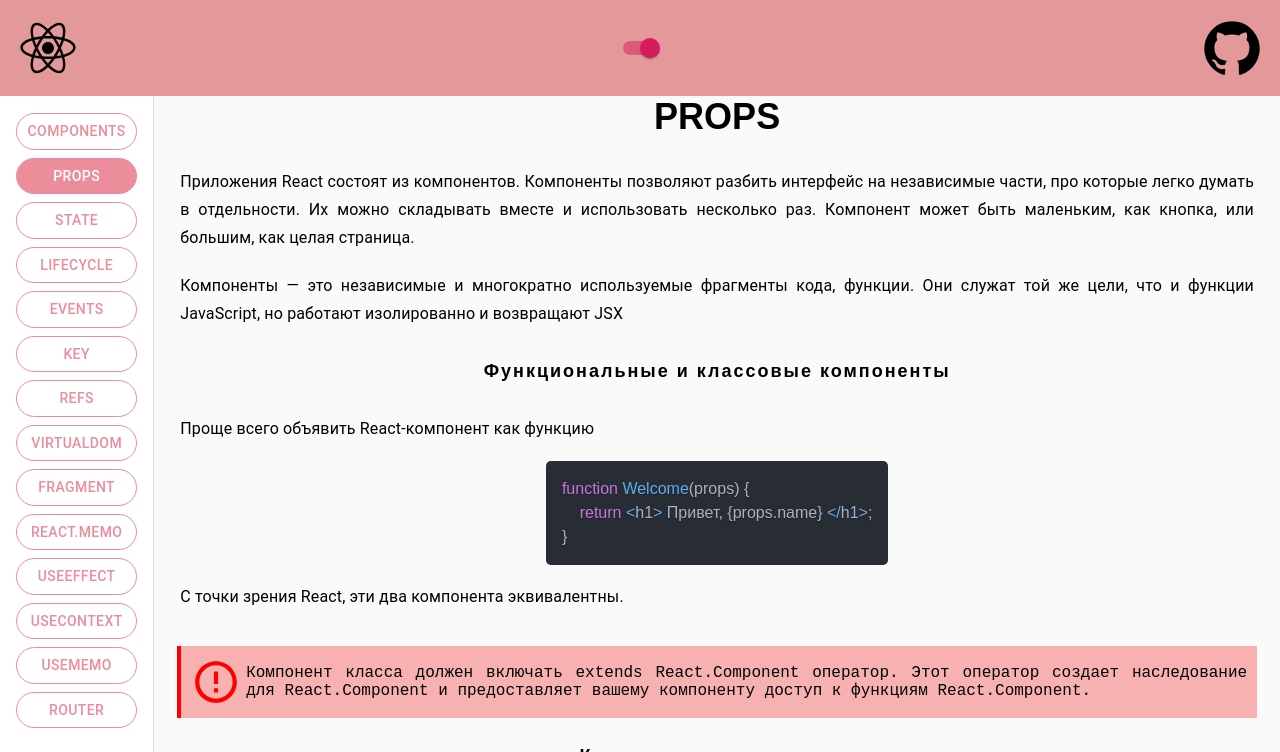
Repository: savannaaaas/reactDocumentation
Page: /topic/props
The author's editor kept a copy of each file at every save. The page is drawn from the files as they stood at one save, then again after the next save.
The browser window is 1280 px wide. The pictures show the whole page.
An inner scrolling area shows only its first screen. The project was rebuilt for these pictures with package versions that can differ from the ones it lists, and the page was loaded fresh each time. Also part of the build but not shown: vite.config.js, src/pages/welcomePage/WelcomeButton/WelcomeButton.jsx, src/pages/welcomePage/Content/ContentWelcome.jsx, src/pages/welcomePage/WelcomePage.jsx, src/data/data.js, src/components/CustomTypography/CustomTypography.jsx.

Above is the page before, as saved 2025-07-31 21:20:43.

### index.html
<!DOCTYPE html>
<html lang="en" data-theme="light">
  <head>
    <meta charset="UTF-8" />
    <link rel="icon" type="image/svg+xml" href="/vite.svg" />
    <meta name="viewport" content="width=device-width, initial-scale=1.0" />
    <title>NoteBook</title>
  </head>
  <body>
    <div id="root"></div>
    <script type="module" src="/src/main.jsx"></script>
  </body>
</html>

### src/main.jsx
import { StrictMode } from "react";
import { createRoot } from "react-dom/client";
import App from "./App.jsx";
import { ThemeProvider } from "./providers/ThemeProvider.jsx";
import "./index.scss";
import { BrowserRouter } from "react-router";

createRoot(document.getElementById("root")).render(
  <StrictMode>
    <ThemeProvider>
      <BrowserRouter>
        <App />
      </BrowserRouter>
    </ThemeProvider>
  </StrictMode>
);

### src/App.jsx
import { Routes, Route } from "react-router";
import { WelcomePage } from "./pages/welcomePage/WelcomePage";
import { TopicPage } from "./pages/topicPage/TopicPage";
import "./index.scss";
import { data } from "./data/data";
import { Topic } from "./pages/topicPage/Topic";
function App() {
  return (
    <Routes>
      <Route path="/" element={<WelcomePage />} />
      <Route path="/topic" element={<TopicPage />}>
        <Route
          path="components"
          element={
            <Topic
              title={data[0].title}
              content={data[0].content}
              path={data[0].path}
            />
          }
        />
        <Route
          path="props"
          element={
            <Topic
              title={data[1].title}
              content={data[1].content}
              path={data[1].path}
            />
          }
        />
        <Route
          path="state"
          element={
            <Topic
              title={data[2].title}
              content={data[2].content}
              path={data[2].path}
            />
          }
        />
      </Route>
    </Routes>
  );
}

export default App;

### src/providers/ThemeProvider.jsx
import { useEffect, useState } from "react";
import { themes, ThemeContext } from "../contexts/ThemeContext";
const getTheme = () => {
  const theme = `${window?.localStorage.getItem("theme")}`; //получаем тему из хранилища
  if (Object.values(themes).includes(theme)) {
    //если тема такая есть возвращаем
    return theme;
  } //если в хранилище нет смотрим какую тему пользователь предпочитает
  const userMedia = window.matchMedia("(prefers-color-scheme: light)"); //проверяем предпочитает пользователь светлую тему если да возвр
  if (userMedia.matches) return themes.light;
  return themes.dark; //иначе темная
};
export const ThemeProvider = ({ children }) => {
  const [theme, setTheme] = useState(getTheme);
  useEffect(() => {
    document.documentElement.dataset.theme = theme; // добавляем атрибут data-theme на <html>
    localStorage.setItem("theme", theme); //устанавливаем и сохраняем текущую тему
  }, [theme]);
  return (
    <ThemeContext.Provider value={{ theme, setTheme }}>
      {children}
    </ThemeContext.Provider>
  );
};

### src/index.scss
* {
  padding: 0;
  margin: 0;
  box-sizing: border-box;
  overflow: hidden;
  font-family: Arial, Helvetica, sans-serif;
}
body {
  background-color: var(--background-color);
}

:root[data-theme="light"] {
  --background-color: #fafafa;
}

:root[data-theme="dark"] {
  --background-color: #313139;
}

### src/pages/topicPage/TopicPage.jsx
import { useEffect } from "react";
import { Outlet, useLocation } from "react-router";
import { Header } from "../welcomePage/Header/Header";
import { Navigation } from "../../components/Navigation/Navigation";
import { Grid } from "@mui/material";

export const TopicPage = () => {
  const location = useLocation();
  const hasContent =
    location.pathname.startsWith("/topic/") || location.pathname !== "/topic";
  console.log(location.pathname);
  console.log(hasContent);
  //Everytime when change pathname
  useEffect(() => {
    const customTypography = document.querySelector(".custom-typography");
    if (customTypography) {
      customTypography.scrollIntoView({ behavior: "smooth" });
    }
    const activeElement = document.querySelector(".active");
    if (activeElement) {
      activeElement.scrollIntoView({ inline: "center", behavior: "smooth" });
    }
  }, [location.pathname]);
  return (
    <>
      <Header />
      <Grid
        sx={{
          display: "flex",
          height: "calc(100vh - 64px)",
        }}
      >
        <Grid
          sx={{
            width: hasContent ? "50vh" : "60vh",
            borderRight: "1px solid #ddd",
            overflowY: "auto",
            position: "sticky",
            top: 0,
            height: "100%",
          }}
        >
          <Navigation />
        </Grid>
        <Grid sx={{ flexGrow: 1, overflowY: "auto", padding: 2 }}>
          <Outlet />
        </Grid>
      </Grid>
    </>
  );
};

### src/pages/topicPage/Topic.jsx
import { ImportantPoints } from "../../components/ImportantPoints/ImportantPoints";
import { CustomTypography } from "../../components/CustomTypography/CustomTypography";
import { Fragment } from "react/jsx-runtime";
import { Code } from "../../components/Code/Code";
import { Text } from "../../components/Text/Text";
import { Title } from "../../components/Title/Title";
import "../../components/CustomTypography/index.scss";
import { NavButtons } from "../../components/Navigation/NavButtons";
export const Topic = ({ title, content = [] }) => {
  console.log(title);
  const getValue = (content) => {
    return content.map((item) => {
      const [[key, value]] = Object.entries(item);
      switch (key) {
        case "p": {
          return <Text>{value}</Text>;
        }
        case "h": {
          return <Title>{value}</Title>;
        }
        case "c": {
          return <Code>{value}</Code>;
        }
        case "err": {
          return <ImportantPoints>{value}</ImportantPoints>;
        }
      }
    });
  };
  return (
    <>
      <h1 className="custom-typography">{title}</h1>
      {getValue(content).map((item, index) => (
        <Fragment key={index}>{item}</Fragment>
      ))}
      <NavButtons title={title} />
    </>
  );
};

### src/contexts/ThemeContext.jsx
import { createContext } from "react";
export const themes = {
  dark: "dark",
  light: "light",
};

export const ThemeContext = createContext({});

### src/pages/welcomePage/Header/Header.jsx
import GitHubIcon from "@mui/icons-material/GitHub";
import { Image } from "../../../components/Image/Image";
import { Toggle } from "../../../components/Toggle/Toggle";
import reactLogo from "../../../assets/react.svg";
import "../index.scss";
import { IconButton } from "@mui/material";
import { forwardRef } from "react";

export const Header = forwardRef((props, ref) => {
  return (
    <div ref={ref} className="header" {...props}>
      <IconButton
        href="https://react.dev/learn"
        target="_blank"
        rel="noopener noreferrer"
      >
        <Image src={reactLogo} style={{ width: "60px" }} />
      </IconButton>
      <Toggle />
      <IconButton
        href="https://github.com/savannaaaas"
        target="_blank"
        rel="noopener noreferrer"
        sx={{
          color: "black",
          "&:hover": {
            color: "#d81b60",
          },
        }}
      >
        <GitHubIcon
          sx={{
            fontSize: "60px",
          }}
        />
      </IconButton>
    </div>
  );
});

### src/pages/welcomePage/index.scss
$light-color: rgb(242, 118, 138);
$dark-color: #ffffff;

.header {
  background-color: rgb(227, 153, 153);
  display: flex;
  flex-direction: row;
  align-items: center;
  justify-content: space-between;
  padding: 10px;
  width: 100%;
}

.base-content {
  position: relative;
  display: flex;
  flex-direction: column;
  justify-content: center;
  align-items: center;
  gap: 100px;
  color: rgb(242, 118, 138);

  p {
    a {
      color: rgb(242, 118, 138);
      text-decoration: none;
    }
  }
}

.welcome-page {
  position: relative;
  display: flex;
  flex-direction: column;
  gap: 100px;
  justify-content: center;
  align-items: center;
}

.welcome-button {
  padding: 10 30px;
  width: 170px;
  border-radius: 30px;
}
[data-theme="light"] {
  .base-content {
    color: $light-color;

    p {
      a {
        color: $light-color;
      }
    }
  }
  .welcome-button {
    background-color: rgb(245, 60, 91);
    color: white;
  }
}

[data-theme="dark"] {
  .base-content {
    color: $dark-color;

    p {
      a {
        color: $dark-color;
      }
    }
  }
  .welcome-button {
    background-color: white;
    color: rgb(245, 60, 91);
  }
}

### src/components/Navigation/Navigation.jsx
import { Button } from "../Button/Button";
import "./index.scss";
import { Box, List, ListItem } from "@mui/material";
import { NavLink } from "react-router";
import { ButtonNavigate } from "./ButtonNavigate";
export const Navigation = () => {
  return (
    <Box
      className="list"
      sx={{
        overflowY: "auto",
        p: 2,
        left: 0,
      }}
    >
      <List sx={{ display: "flex", flexDirection: "column", gap: 1 }}>
        <ListItem disablePadding>
          <ButtonNavigate component={NavLink} to="/topic/components" fullWidth>
            Components
          </ButtonNavigate>
        </ListItem>
        <ListItem disablePadding>
          <ButtonNavigate component={NavLink} to="/topic/props" fullWidth>
            Props
          </ButtonNavigate>
        </ListItem>
        <ListItem disablePadding>
          <ButtonNavigate component={NavLink} to="/topic/state" fullWidth>
            State
          </ButtonNavigate>
        </ListItem>
        <ListItem disablePadding>
          <ButtonNavigate component={NavLink} to="/topic/lifecycle" fullWidth>
            Lifecycle
          </ButtonNavigate>
        </ListItem>
        <ListItem disablePadding>
          <ButtonNavigate component={NavLink} to="/topic/events" fullWidth>
            Events
          </ButtonNavigate>
        </ListItem>
        <ListItem disablePadding>
          <ButtonNavigate component={NavLink} to="/topic/key" fullWidth>
            Key
          </ButtonNavigate>
        </ListItem>
        <ListItem disablePadding>
          <ButtonNavigate component={NavLink} to="/topic/refs" fullWidth>
            Refs
          </ButtonNavigate>
        </ListItem>
        <ListItem disablePadding>
          <ButtonNavigate component={NavLink} to="/topic/virtual-dom" fullWidth>
            VirtualDOM
          </ButtonNavigate>
        </ListItem>
        <ListItem disablePadding>
          <ButtonNavigate component={NavLink} to="/topic/fragment" fullWidth>
            Fragment
          </ButtonNavigate>
        </ListItem>
        <ListItem disablePadding>
          <ButtonNavigate component={NavLink} to="/topic/react-memo" fullWidth>
            React.Memo
          </ButtonNavigate>
        </ListItem>
        <ListItem disablePadding>
          <ButtonNavigate component={NavLink} to="/topic/useEffect" fullWidth>
            useEffect
          </ButtonNavigate>
        </ListItem>
        <ListItem disablePadding>
          <ButtonNavigate component={NavLink} to="/topic/useContext" fullWidth>
            useContext
          </ButtonNavigate>
        </ListItem>
        <ListItem disablePadding>
          <ButtonNavigate component={NavLink} to="/topic/useMemo" fullWidth>
            useMemo
          </ButtonNavigate>
        </ListItem>
        <ListItem disablePadding>
          <ButtonNavigate component={NavLink} to="/topic/router" fullWidth>
            Router
          </ButtonNavigate>
        </ListItem>
      </List>
    </Box>
  );
};

### src/components/ImportantPoints/ImportantPoints.jsx
import Box from "@mui/material/Box";
import ErrorOutlineIcon from "@mui/icons-material/ErrorOutline";
import "./index.scss";
export const ImportantPoints = ({ children }) => {
  return (
    <Box component="section" className="importantBox">
      <ErrorOutlineIcon sx={{ color: "red", fontSize: 50 }} />
      {children}
    </Box>
  );
};

### src/components/Code/Code.jsx
import Paper from "@mui/material/Paper";
import { Prism as SyntaxHighlighter } from "react-syntax-highlighter";
import { oneDark } from "react-syntax-highlighter/dist/esm/styles/prism";
import { Box } from "@mui/material";
export const Code = ({ children }) => {
  return (
    <Box
      sx={{
        display: "flex",
        flexWrap: "wrap",
        justifyContent: "center",
        alignItems: "center",
      }}
    >
      <SyntaxHighlighter language="javascript" style={oneDark}>
        {children}
      </SyntaxHighlighter>
    </Box>
  );
};

### src/components/Text/Text.jsx
import { Typography } from "@mui/material";
import "./index.scss";
export const Text = ({ children, props }) => {
  return (
    <Typography {...props} variant="subtitle1" className="text">
      {children}
    </Typography>
  );
};

### src/components/Title/Title.jsx
import "./index.scss";
export const Title = ({ children }) => {
  return <div className="title">{children}</div>;
};

### src/components/CustomTypography/index.scss
@use "../Text/index";

.custom-typography {
  margin: 20px;
  font-weight: bold;
  text-transform: uppercase;
  text-align: center;
  font-size: 36px;
}
[data-theme="light"] {
  .custom-typography {
    color: index.$text-color-light;
  }
}
[data-theme="dark"] {
  .custom-typography {
    color: index.$text-color-dark;
  }
}

### src/components/Navigation/NavButtons.jsx
import { Button, Grid } from "@mui/material";
import ArrowBackIosNewIcon from "@mui/icons-material/ArrowBackIosNew";
import ArrowForwardIosIcon from "@mui/icons-material/ArrowForwardIos";
import { data } from "../../data/data";
import "./index.scss";
import { NavLink } from "react-router";
export const NavButtons = ({ title }) => {
  const topics = data.map((e) => {
    const { title, path } = e;
    return { title, path };
  });
  const getCurrentTopic = (title) => {
    return topics.findIndex((topic) => topic.title == title);
  };
  const getBackNextTopic = (title) => {
    const current = getCurrentTopic(title);
    const back = current > 0 ? topics[current - 1] : null;
    const next = current < topics.length - 1 ? topics[current + 1] : null;
    return (
      <>
        {back && (
          <Button
            variant="contained"
            className="navigate-button"
            startIcon={<ArrowBackIosNewIcon />}
          >
            <NavLink to={"/topic/" + back.path} className="navigate-button">
              Back topic
            </NavLink>
          </Button>
        )}
        {next && (
          <Button
            variant="contained"
            className="navigate-button"
            endIcon={<ArrowForwardIosIcon />}
          >
            <NavLink to={"/topic/" + next.path} className="navigate-button">
              Next topic
            </NavLink>
          </Button>
        )}
      </>
    );
  };
  return <div className="buttons">{getBackNextTopic(title)}</div>;
};

### src/components/Button/Button.jsx
import ButtonCustom from "@mui/material/Button";
export const Button = ({ children, ...props }) => {
  return <ButtonCustom {...props}>{children}</ButtonCustom>;
};

### src/components/Image/Image.jsx
export const Image = ({ ...props }) => {
  return <img {...props} />;
};

### src/components/Toggle/Toggle.jsx
import { useContext } from "react";
import { ThemeContext } from "../../contexts/ThemeContext";
import { alpha, styled } from "@mui/material/styles";
import { grey, pink } from "@mui/material/colors";
import { themes } from "../../contexts/ThemeContext";
import Switch from "@mui/material/Switch";
export const Toggle = () => {
  const { theme, setTheme } = useContext(ThemeContext);
  const ThemeSwitch = styled(Switch)(({ theme }) => ({
    "& .MuiSwitch-switchBase": {
      color: grey[600],
      "&:hover": {
        backgroundColor: alpha(grey[600], theme.palette.action.hoverOpacity),
      },
    },
    "& .MuiSwitch-track": {
      backgroundColor: grey[600],
    },
    "& .MuiSwitch-switchBase.Mui-checked": {
      color: pink[600],
      "&:hover": {
        backgroundColor: alpha(pink[600], theme.palette.action.hoverOpacity),
      },
    },
    "& .MuiSwitch-switchBase.Mui-checked + .MuiSwitch-track": {
      backgroundColor: pink[600],
    },
  }));
  const handleChange = () => {
    if (theme === themes.light) setTheme(themes.dark);
    if (theme === themes.dark) setTheme(themes.light);
  };
  return (
    <ThemeSwitch checked={theme == themes.light} onChange={handleChange} />
  );
};

### src/components/Navigation/index.scss
.buttons {
  display: flex;
  flex-direction: row;
  justify-content: center;
  align-items: center;
  gap: 20px;
  margin: 20px;
}
.navigate-button {
  width: 150px;
  border-radius: 60%;

  text-decoration: none;
}

[data-theme="light"] {
  .list {
    background-color: #ffffff;
  }
  .navigate-button {
    background-color: rgb(242, 118, 138);
    color: #ffffff;
  }
}

[data-theme="dark"] {
  .list {
    background-color: #313139;
  }
  .navigate-button {
    background-color: #ffffff;
    color: rgb(242, 118, 138);
  }
}

### src/components/Navigation/ButtonNavigate.jsx
import { Button } from "../Button/Button";
import "./index.scss";
export const ButtonNavigate = ({ children, ...props }) => {
  return (
    <Button
      {...props}
      variant="outlined"
      sx={{
        width: "200px",
        fontSize: "14px",
        borderRadius: "40px",
        border: "1px rgba(236, 141, 156, 1) solid",
        color: "rgba(236, 141, 156, 1)",
        "&.active": {
          backgroundColor: "rgba(236, 141, 156, 1)",
          color: "#ffff",
        },
      }}
    >
      {children}
    </Button>
  );
};

### src/components/ImportantPoints/index.scss
.importantBox {
  display: flex;
  width: 150vh;
  height: 10vh;
  margin: 25px auto;
  text-align: justify;
  align-items: center;
  flex-direction: row;
  gap: 5px;
  padding: 10px;
  box-sizing: border-box;
  font-size: 16px;
  font-family: monospace;
}
[data-theme="light"] {
  .importantBox {
    border-left: 4px solid red;
    background-color: rgba(245, 3, 3, 0.292);
  }
}
[data-theme="dark"] {
  .importantBox {
    border-left: 4px solid red;
    background-color: rgb(95, 95, 95);
    color: rgb(232, 232, 232);
  }
}

### src/components/Text/index.scss
$text-color-dark: aliceblue;
$text-color-light: black;
.text {
  text-align: justify;
  font-size: medium;
  line-height: 1.5;
  letter-spacing: 2px;
  padding: 10px;
}
[data-theme="light"] {
  .text {
    color: $text-color-light;
  }
}
[data-theme="dark"] {
  .text {
    color: $text-color-dark;
  }
}

### src/components/Title/index.scss
@use "../Text/index";
.title {
  text-align: center;
  font-size: 18px;
  line-height: 1.5;
  letter-spacing: 2px;
  margin: 20px;
  font-weight: bold;
}

[data-theme="light"] {
  .title {
    color: index.$text-color-light;
  }
}
[data-theme="dark"] {
  .title {
    color: index.$text-color-dark;
  }
}

After the next save:
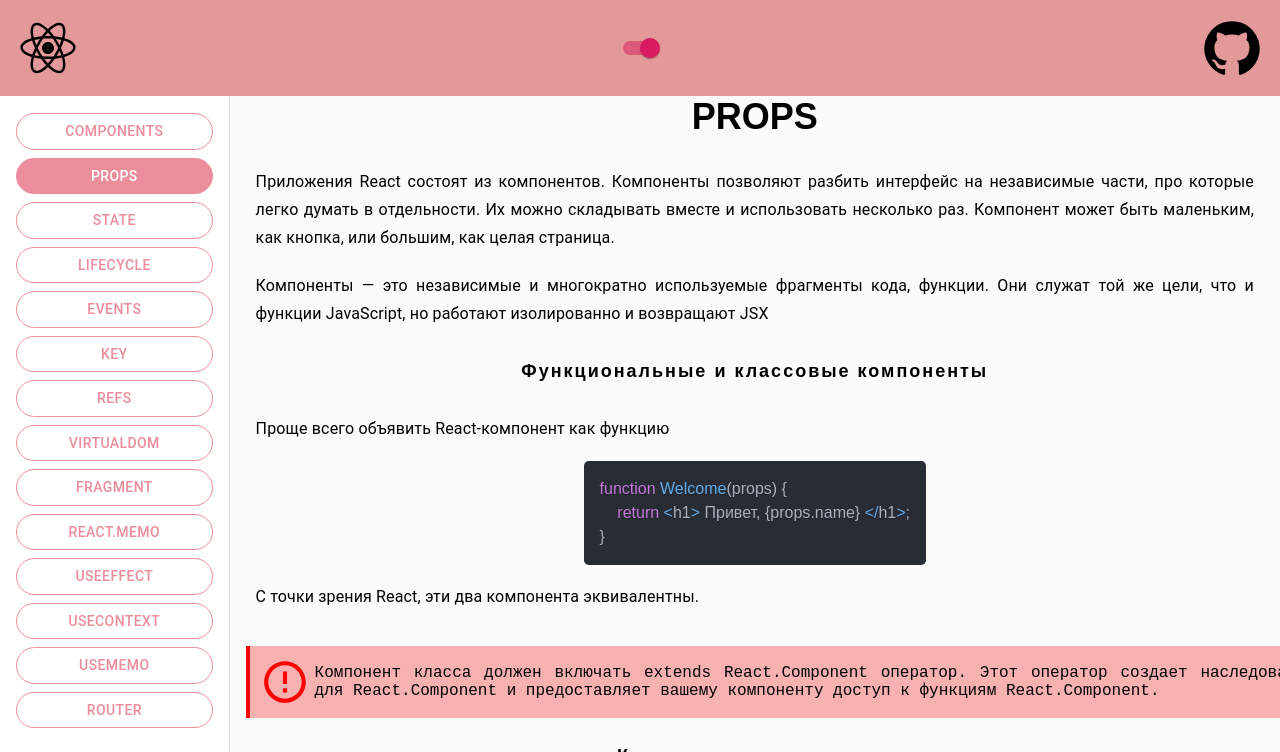
Saved 12 s later.
--- a/src/pages/topicPage/TopicPage.jsx
+++ b/src/pages/topicPage/TopicPage.jsx
@@ -32,7 +32,7 @@
       >
         <Grid
           sx={{
-            width: hasContent ? "50vh" : "60vh",
+            width: hasContent ? "80vh" : "30vh",
             borderRight: "1px solid #ddd",
             overflowY: "auto",
             position: "sticky",

After the 2 saves that followed:
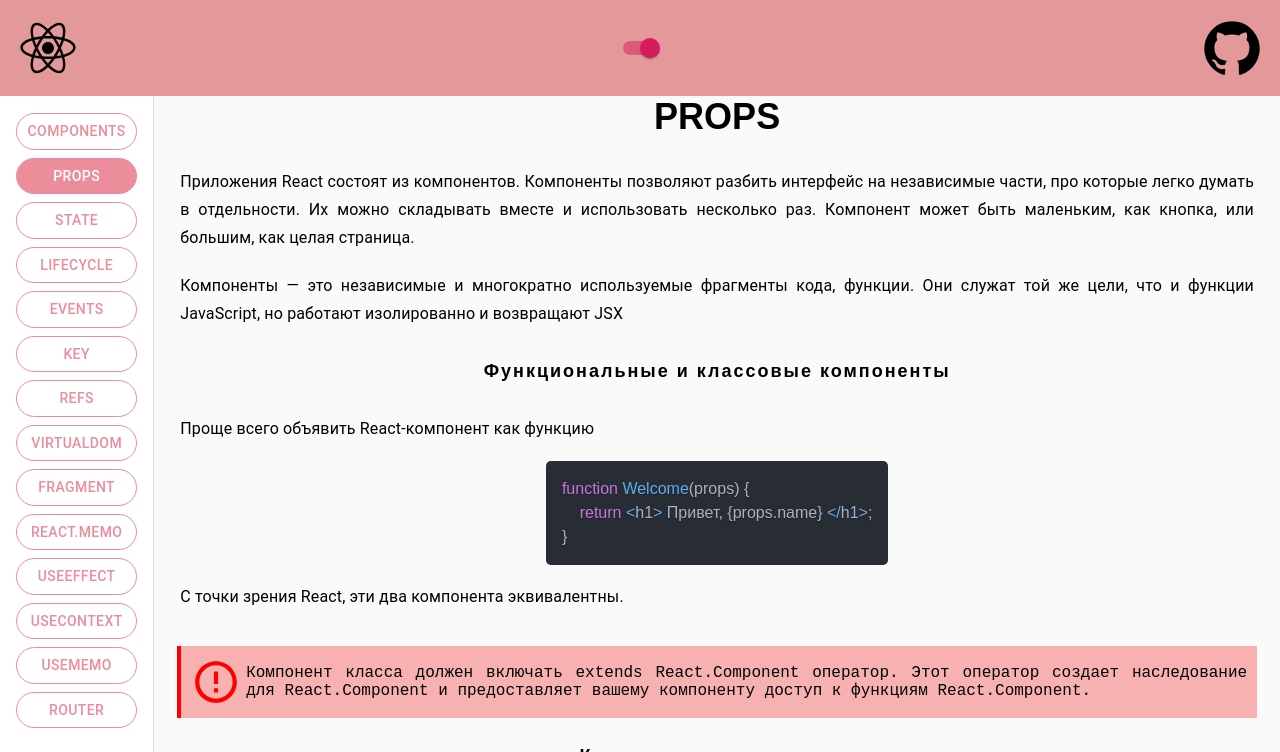
The 2 saves are shown as one change because they came seconds apart.
The last was saved 10 s later.
--- a/src/pages/topicPage/TopicPage.jsx
+++ b/src/pages/topicPage/TopicPage.jsx
@@ -32,7 +32,7 @@
       >
         <Grid
           sx={{
-            width: hasContent ? "80vh" : "30vh",
+            width: hasContent ? "50vh" : "30vh",
             borderRight: "1px solid #ddd",
             overflowY: "auto",
             position: "sticky",
